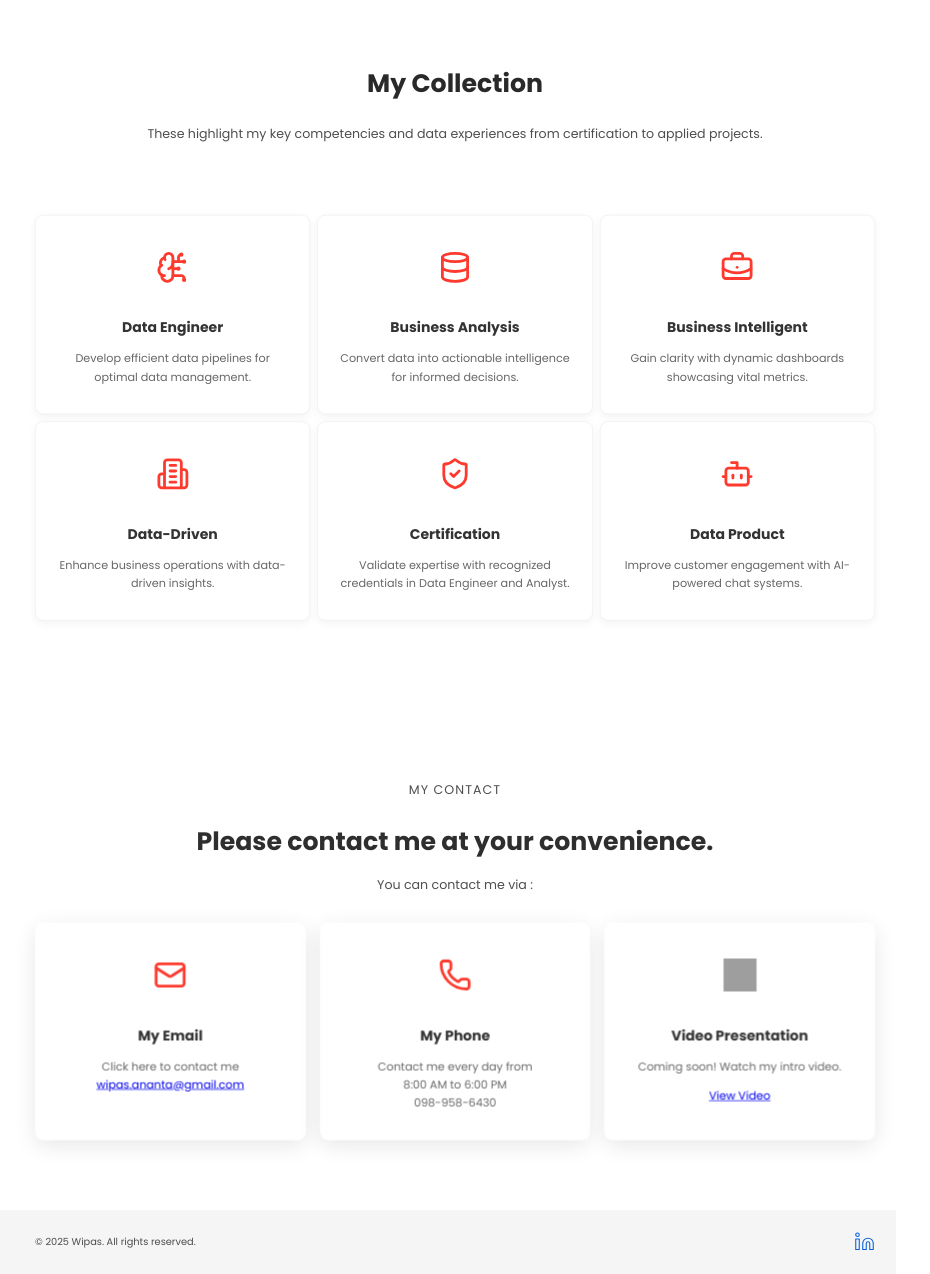
Repository: Wipas1919/Archive-portfolio
Page: index.html
The author's editor kept a copy of each file at every save. The page is drawn from the files as they stood at one save, then again after a run of saves.
The browser window is 1280 px wide. The page is 1328 px wide, so the pictures cover 1328 px, including what lies to the right of the window. The pictures show the part of the page from y = 1587 to 3427 px (the page is 3407 px tall before and 3427 px after), at 70% of full size.
Pictures or frames that could not be fetched are drawn as grey boxes.

Above is the page before, as saved 2025-05-26 21:24:56.

### index.html
<!-- Cleaned and updated on 2025-05-25 -->
<!DOCTYPE html>
<html lang="en">
 <head>
  <meta charset="utf-8"/>
  <meta content="width=device-width, initial-scale=1.0" name="viewport"/>
  <title>Wipas | Portfolio</title>

  <!-- SEO Meta Tags -->
  <meta name="description" content="Data-driven portfolio by Wipas Anantamongkol - showcasing skills in data engineering, analytics, and business intelligence.">
  <meta name="keywords" content="portfolio, data, analytics, business intelligence, data engineer, Wipas">
  <meta name="author" content="Wipas Anantamongkol">
  <meta name="robots" content="index, follow">
  <link rel="canonical" href="https://wipas1919.github.io/wipas-portfolio/">

  <!-- Fonts -->
  <link href="https://fonts.googleapis.com/css2?family=Poppins:wght@400;600;700&display=swap" rel="stylesheet"/>

  <!-- CSS -->
  <link href="style/main.css" rel="stylesheet"/>
  <link href="style/animations.css" rel="stylesheet"/>
  <link href="https://cdn.jsdelivr.net/npm/aos@2.3.4/dist/aos.css" rel="stylesheet"/>
  <link href="https://cdnjs.cloudflare.com/ajax/libs/animate.css/4.1.1/animate.min.css" rel="stylesheet"/>
  <link href="https://cdn.jsdelivr.net/npm/swiper@10/swiper-bundle.min.css" rel="stylesheet"/>

  <!-- Lottie -->
  <script src="https://unpkg.com/@lottiefiles/lottie-player@latest/dist/lottie-player.js"></script>

  <!-- Copy Protection Script -->
  <script>
    document.addEventListener("contextmenu", e => e.preventDefault());
    document.onkeydown = function(e) {
      if (e.key === "F12" ||
          (e.ctrlKey && e.shiftKey && (e.key === "I" || e.key === "J")) ||
          (e.ctrlKey && e.key === "U")) {
        return false;
      }
    };
    document.addEventListener("selectstart", e => e.preventDefault());
  </script>

  <!-- Google Analytics (replace G-XXXXXXX with actual ID) -->
<!-- Google tag (gtag.js) -->
  <script async src="https://www.googletagmanager.com/gtag/js?id=G-NG75M74LFD"></script>
  <script>
    window.dataLayer = window.dataLayer || [];
    function gtag(){dataLayer.push(arguments);}
    gtag('js', new Date());

    gtag('config', 'G-NG75M74LFD');
  </script>
  </head>
 <body>
  <!-- ... rest of body content remains unchanged ... -->
  <div id="page-loader">
   <div class="spinner">
   </div>
  </div>
  <!-- Navbar -->
  <!-- /* ───── HEADER SECTION ───── */ -->
  <header>
   <div class="container">
    <h1 class="logo">
     Portfolio
    </h1>
    <nav class="nav-right">
     <a href="#hero">
      Home
     </a>
     <a href="#about">
      About
     </a>
     <a href="#contact">
      Contact
     </a>
     <div class="dropdown-wrapper">
      <a class="dropbtn" href="#">
       Collection
      </a>
      <div class="dropdown-content">
       <a href="projects/data-engineer.html">
        Data Engineer
       </a>
       <a href="projects/business-analysis.html">
        Business Analysis
       </a>
       <a href="projects/bi-solutions.html">
        Business Intelligent
       </a>
       <a href="projects/strategic-data.html">
        Data-Driven
       </a>
       <a href="projects/cloud-cert.html">
        Certification
       </a>
       <a href="projects/data-integration.html">
        Data Product
       </a>
      </div>
     </div>
    </nav>
   </div>
  </header>
  <!-- Hero Section -->
  <section class="hero" id="hero">
   <div class="container hero-content">
    <div class="hero-text">
     <h2 class="rellax" data-rellax-speed="-2">
      THE SPACE FOR SHARING MY DATA PROJECTS
     </h2>
     <p class="rellax" data-rellax-speed="-1">
      Data Generalist | Portfolio Website
     </p>
     <a class="btn" href="#projects">
      View Highlights
     </a>
    </div>
    <div class="hero-animation">
     <lottie-player autoplay="" background="transparent" loop="" speed="1" src="animation_data.json" style="width: 500px; height: 500px;">
     </lottie-player>
    </div>
   </div>
  </section>
  <!-- About Section -->
  <section class="about" id="about">
   <div class="container about-grid">
    <div class="about-image" data-aos="fade-right">
     <img alt="Wipas Profile Photo" src="images/profile.jpg"/>
    </div>
    <div class="about-text" data-aos="fade-left" data-aos-delay="100">
     <h2>
      About Me
     </h2>
     <p>
      My name is Wipas Anantamongkol (Frong),
      <br/>
      a passionate person about data, insights, and creating meaningful solutions. This is a little story about my journey.
     </p>
     <div class="timeline">
      <div class="timeline-item" data-aos="fade-up" data-aos-delay="300">
       <div class="timeline-dot">
       </div>
       <div class="timeline-content">
        <h4>
         2025 - Present
        </h4>
        <p>
         Business Analytics Officer
         <br/>
         at N.C.C Management and Development (QSNCC)
        </p>
       </div>
      </div>
      <div class="timeline-item" data-aos="fade-up" data-aos-delay="400">
       <div class="timeline-dot">
       </div>
       <div class="timeline-content">
        <h4>
         2022 - 2024
        </h4>
        <p>
         Project Coordinator - Design Solutions.
         <br/>
         at stiid co. ltd
        </p>
       </div>
      </div>
      <div class="timeline-item" data-aos="fade-up" data-aos-delay="500">
       <div class="timeline-dot">
       </div>
       <div class="timeline-content">
        <h4>
         2018 - 2022
        </h4>
        <p>
         Graduated in Business Administration from
         <br/>
         King Mongkut University of Technology North Bangkok.
        </p>
       </div>
      </div>
     </div>
    </div>
   </div>
  </section>

  <!-- Projects Section -->
  <section class="projects" id="projects">
   <div class="container" data-aos="fade-up">
    <h2>My Collection</h2>
    <p class="section-description">
     These highlight my key competencies and data experiences from certification to applied projects.
    </p>

    <div class="card-grid card-grid--projects">
     <div class="card card--project" data-aos="zoom-in" data-aos-delay="100" onclick="location.href='projects/data-engineer.html'">
       <div class="card__icon">
         <img src="images/brain-circuit.svg" alt="Data Engineer Icon">
       </div>
       <h3>Data Engineer</h3>
       <p>Develop efficient data pipelines for optimal data management.</p>
     </div>
     <div class="card card--project" data-aos="zoom-in" data-aos-delay="200" onclick="location.href='projects/business-analysis.html'">
       <div class="card__icon">
         <img src="images/database.svg" alt="Business Analysis Icon">
       </div>
       <h3>Business Analysis</h3>
       <p>Convert data into actionable intelligence for informed decisions.</p>
     </div>
     <div class="card card--project" data-aos="zoom-in" data-aos-delay="300" onclick="location.href='projects/bi-solutions.html'">
       <div class="card__icon">
         <img src="images/layout-dashboard.svg" alt="Business Intelligent Icon">
       </div>
       <h3>Business Intelligent</h3>
       <p>Gain clarity with dynamic dashboards showcasing vital metrics.</p>
     </div>
     <div class="card card--project" data-aos="zoom-in" data-aos-delay="400" onclick="location.href='projects/strategic-data.html'">
       <div class="card__icon">
         <img src="images/building-2.svg" alt="Data-Driven Icon">
       </div>
       <h3>Data-Driven</h3>
       <p>Enhance business operations with data-driven insights.</p>
     </div>
     <div class="card card--project" data-aos="zoom-in" data-aos-delay="500" onclick="location.href='projects/cloud-cert.html'">
       <div class="card__icon">
         <img src="images/shield-check.svg" alt="Certification Icon">
       </div>
       <h3>Certification</h3>
       <p>Validate expertise with recognized credentials in Data Engineer and Analyst.</p>
     </div>
     <div class="card card--project" data-aos="zoom-in" data-aos-delay="600" onclick="location.href='projects/data-integration.html'">
       <div class="card__icon">
         <img src="images/bot.svg" alt="Data Product Icon">
       </div>
       <h3>Data Product</h3>
       <p>Improve customer engagement with AI-powered chat systems.</p>
     </div>
    </div>

   </div>
  </section>

  <!-- Contact Section -->
  <section class="contact" id="contact">
   <div class="container" data-aos="fade-up">
    <p class="section-subtitle">MY CONTACT</p>
    <h2 class="section-title">Please contact me at your convenience.</h2>
    <p class="section-description">You can contact me via :</p>

    <div class="card-grid card-grid--contact">
     <div class="card card--glass" data-aos="zoom-in" data-aos-delay="100">
       <div class="card__icon">
         <img src="images/mail.svg" alt="Email Icon">
       </div>
       <h3>My Email</h3>
       <p>
        Click here to contact me<br/>
        <a href="mailto:wipas.ananta@gmail.com">wipas.ananta@gmail.com</a>
       </p>
     </div>
     <div class="card card--glass" data-aos="zoom-in" data-aos-delay="200">
       <div class="card__icon">
         <img src="images/phone.svg" alt="Phone Icon">
       </div>
       <h3>My Phone</h3>
       <p>
        Contact me every day from<br/>
        8:00 AM to 6:00 PM<br/>
        098-958-6430
       </p>
     </div>
     <div class="card card--glass" data-aos="zoom-in" data-aos-delay="300">
       <div class="card__icon">
         <img src="images/video.svg" alt="Video Icon">
       </div>
       <h3>Video Presentation</h3>
       <p>Coming soon! Watch my intro video.</p>
       <p><a href="#" target="_blank">View Video</a></p>
     </div>
    </div>

   </div>
  </section>

  <!-- Footer -->
  <!-- /* ───── FOOTER SECTION ───── */ -->
  <footer>
   <div class="container footer-container">
    <p>
     © 2025 Wipas. All rights reserved.
    </p>
    <div class="social-links">
     <a href="https://www.linkedin.com/" target="_blank">
      <img alt="LinkedIn" src="images/linkedin.svg"/>
     </a>
    </div>
   </div>
  </footer>
  <!-- Scripts -->
  <script src="https://unpkg.com/aos@next/dist/aos.js">
  </script>
  <script>
   AOS.init({
      duration: 1000,
      once: true,
      easing: 'ease-in-out',
    });
  </script>
  <script defer="" src="scripts/main.js">
  </script>
 </body>
</html>

### style/main.css
/* ตั้งค่าพื้นฐาน */
body {
  margin: 0;
  font-family: 'Poppins', sans-serif;
  background: #fff;
  color: #222;
  line-height: 1.6;
  scroll-behavior: smooth;
  user-select: none;
  -webkit-user-select: none;
  -ms-user-select: none;
}

img {
  max-width: 100%;
  height: auto;
  display: block;
}

.container {
  width: 100%;
  max-width: 1200px;
  margin: 0 auto;
  padding: 0 50px; /* เพิ่ม padding ด้านข้าง */
}

@media screen and (max-width: 767px) {
  .container { padding: 0 16px; }
  .hero h2 { font-size: 36px; }
  .hero p { font-size: 18px; }
  .card-grid { grid-template-columns: 1fr; }
  nav a { font-size: 14px; }
  .hero-content { flex-direction: column; }
  .about-image img { width: 100%; }
}

@media screen and (min-width: 768px) and (max-width: 1024px) {
  .hero h2 { font-size: 48px; }
  .card-grid { grid-template-columns: repeat(2, 1fr); }
}

@media screen and (max-width: 480px) {
  h2, .section-title { font-size: 28px; }
  .hero h2 { font-size: 28px; }
  .hero p, .section-description, .about-text p, .card p { font-size: 16px; }
  .btn { padding: 10px 20px; font-size: 16px; }
}

/* Navbar */
header {
  background: #fff;
  padding: 5px 0;
  display: flex;
  justify-content: space-between;
  align-items: center;
  border-bottom: 0px solid #eee;
  position: sticky;
  top: 0;
  z-index: 100;
}

header .container {
  display: flex;
  align-items: center;
  justify-content: space-between;
}

.logo {
  font-family: 'Poppins', serif;
  font-size: 30px;
  color: #fc5246;
}

nav a {
  margin: 0 15px;
  color: #333;
  text-decoration: none;
  font-weight: 600;
  font-size: 18px;
}

nav a:hover {
  color: #fd3a2d;
}

/* ปุ่มหลักของเมนู dropdown */
.dropdown-wrapper {
  position: relative;
  display: inline-block;
}

.dropbtn {
  font-weight: 600;
  cursor: pointer;
  color: #222;
  transition: color 0.3s ease;
}

.dropbtn:hover {
  color: #fd3a2d;
}

/* เมนูที่แสดงเมื่อ hover */
.dropdown-content {
  display: none;
  position: absolute;
  top: 100%;
  right: 0;
  background-color: #ffffff;
  min-width: 220px;
  border-radius: 12px;
  box-shadow: 0 10px 25px rgba(0, 0, 0, 0.08);
  overflow: hidden;
  padding: 10px 0;
  z-index: 999;
}

/* แสดงเมื่อ hover */
.dropdown-wrapper:hover .dropdown-content {
  display: block;
}

/* ลิงก์ใน dropdown */
.dropdown-content a {
  display: block;
  padding: 12px 20px;
  color: #222;
  text-decoration: none;
  font-size: 15px;
  transition: background-color 0.2s ease, color 0.2s ease;
}

/* Hover effect ของลิงก์ */
.dropdown-content a:hover {
  background-color: #eaeaea;
  color: #fd3a2d;
}

.hero-animation {
  margin-top: 10px;
  display: flex;
  justify-content: right;
}

/* Hero Section */
.hero {
  position: relative;
  height: 60vh;
  display: flex;
  align-items: center;
  justify-content: center;
  flex-direction: column;
  text-align: center;
  background: #eaeaea;
  color: #000000;
}

#hero-background {
  position: absolute;
  top: 0;
  left: 0;
  width: 100%;
  height: 100%;
  z-index: 0;
}

.hero-content {
  position: relative;
  z-index: 1;
  width: 100%;
  max-width: 1200px;
  padding-left: 5vw;
  padding-right: 5vw;
  text-align: left;
  align-items: flex-start;
}

.hero h2 {
  font-size: 60px;
  margin-bottom: 10px;
  line-height: 1.2;
}

.hero p {
  font-size: 30px;
  margin-bottom: 30px;
  color: #1d1d1d;
}

.btn, .hero .btn {
  display: inline-block;
  background: #fd3a2d;
  color: #fff;
  padding: 14px 36px;
  border-radius: 30px;
  text-decoration: none;
  font-weight: bold;
  font-size: 18px;
  transition: background 0.3s;
}

.btn:hover, .hero .btn:hover {
  background: #252525;
}

/* Sections */
section {
  padding: 100px 0;
  text-align: center;
}

/* About Section */
.about-grid {
  display: flex;
  align-items: center;
  justify-content: center;
  gap: 50px;
  flex-wrap: wrap;
}

.about-image img {
  width: 500px;
  height: auto;
  object-fit: cover;
  border-top-left-radius: 0;
  border-top-right-radius: 0;
  border-bottom-left-radius: 200px;
  border-bottom-right-radius: 200px;
}

.about-text {
  max-width: 500px;
  text-align: left;
}

.about-text h2 {
  margin-bottom: 20px;
}

.about-text p {
  font-size: 18px;
  color: #666;
}

/* Timeline */
.timeline-item {
  position: relative;
  margin-bottom: 30px;
}

.timeline-dot {
  width: 14px;
  height: 14px;
  background-color: #fd3a2d;
  border-radius: 50%;
  position: absolute;
  left: -8px;
  top: 0;
}

.timeline-content {
  margin-left: 20px;
}

.timeline-content h4 {
  margin: 0;
  font-size: 18px;
  color: #333;
  font-weight: 600;
}

.timeline-content p {
  margin: 5px 0 0;
  font-size: 16px;
  color: #666;
}

/* Projects Section */
#projects {
  margin-bottom: 10px;
}

.card-grid {
  display: grid;
  grid-template-columns: repeat(3, 1fr); /* สำคัญ: 3 คอลัมน์ */
  gap: 10px;
  margin-top: 100px;
}


.card {
  background: #ffffff;
  padding: 30px;
  border-radius: 12px;
  text-align: center;
  transition: box-shadow 0.3s;
  border: 1px solid #eee;
}

.card:hover {
  box-shadow: 0 8px 20px rgba(0, 0, 0, 0.1);
}

.card-icon img {
  width: 40px;
  height: 40px;
  margin-bottom: 20px;
}

.card h3 {
  font-size: 20px;
  margin-bottom: 15px;
  color: #333;
}

.card p {
  font-size: 16px;
  color: #666;
}

/* Contact Section */
.contact {
  background: rgba(255, 255, 255, 0.5); /* 1 = โปร่งแสง 50% */
  text-align: center;
}

.section-subtitle {
  text-transform: uppercase;
  font-size: 18px;
  letter-spacing: 1.5px;
  color: #4e4e4e;
  margin-bottom: 10px;
}

h2 {
  font-size: 36px;
  color: #292929
}


.section-title {
  font-size: 36px;
  margin-bottom: 10px;
  color: #2e2e2e;
}

.section-description {
  font-size: 18px;
  margin-bottom: 40px;
  color: #4e4e4e;
}

.contact-grid {
  display: grid;
  grid-template-columns: repeat(auto-fit, minmax(280px, 1fr));
  gap: 20px;
  margin-top: 40px;
}

.contact-card.glass {
  background: rgba(255, 255, 255, 0.15);
  backdrop-filter: blur(12px);
  -webkit-backdrop-filter: blur(12px);
  border-radius: 20px;
  padding: 24px;
  border: 1px solid rgba(255, 255, 255, 0.3);
  box-shadow: 0 8px 32px rgba(0, 0, 0, 0.1);
  transition: transform 0.3s ease, box-shadow 0.3s ease;
  text-align: center;
}

.contact-card.glass:hover {
  transform: scale(1.05);
  box-shadow: 0 12px 28px rgba(0, 0, 0, 0.15);
}

.contact-icon {
  display: flex;
  flex-direction: column;
  align-items: center;
  justify-content: center; /* 🔥 เพิ่มบรรทัดนี้เพื่อจัดไอคอนแนวดิ่ง */
  height: 100px; /* ✅ ปรับความสูงให้เหมาะสม */
  margin-bottom: 12px;
}


.contact-icon img {
  width: 48px;
  height: 48px;
  margin-bottom: 12px;
  transition: transform 0.3s ease;
}

.contact-card.glass:hover .contact-icon img {
  transform: scale(1.15);
}

/* Footer */
footer {
  background: #f5f5f5;
  padding: 20px 0;
  font-size: 14px;
  color: #4d4d4d;
}

.footer-container {
  display: flex;
  justify-content: space-between;
  align-items: center;
  flex-wrap: wrap;
}

.social-links {
  display: flex;
  gap: 20px;
}

.social-links a img {
  width: 30px;
  height: 30px;
  transition: transform 0.3s ease;
}

.social-links a img:hover {
  transform: scale(1.2);
}

#hero-background {
  position: absolute;
  top: 0;
  left: 0;
  height: 100%;
  width: 100%;
  z-index: 0;
  overflow: hidden;
}
.hero-content {
  position: relative;
  z-index: 1;
}

/* animation-data */
.hero-content {
  display: flex;
  justify-content: space-between;
  align-items: center;
  flex-wrap: wrap;
  gap: 40px;
}

.hero-text {
  flex: 1 1 55%;
}

.hero-animation {
  flex: 1 1 40%;
  display: flex;
  justify-content: center;
  align-items: center;
}

/* ===== Page Loader & Smooth Scroll ===== */
html{scroll-behavior:smooth;}

#page-loader{
  position:fixed;inset:0;display:grid;place-items:center;
  background:#ffffff;z-index:9999;opacity:1;
  transition:opacity .0.5s ease;
}
#page-loader .spinner{
  width:32px;height:32px;border:4px solid #e5e5e5;
  border-top-color:#ff694b;border-radius:50%;
  animation:spin .8s linear infinite;
}
@keyframes spin{to{transform:rotate(360deg)}}

body.loaded #page-loader{opacity:0;pointer-events:none;}
body.fade-out{opacity:0;transition:opacity .0.5s ease;}

@keyframes hideLoaderFallback{to{opacity:0;pointer-events:none;}}
#page-loader{animation:hideLoaderFallback 0.5s forwards 0.5s;}



/* ====  Reusable Card Component  ================================== */
.card {
  background: #ffffff;
  border: 1px solid #eee;
  border-radius: 12px;
  padding: 24px;
  text-align: center;
  box-shadow: 0 4px 12px rgba(0,0,0,.05);
  transition: transform .3s ease, box-shadow .3s ease;
}
.card:hover {
  transform: translateY(-6px);
  box-shadow: 0 12px 25px rgba(0,0,0,.1);
}

.card__icon{
  display:flex;
  flex-direction:column;
  align-items:center;
  justify-content:center;
  height:100px;
  margin-bottom:12px;
}
.card__icon img{
  width:48px;
  height:48px;
  transition: transform .3s ease;
}
.card:hover .card__icon img{
  transform:scale(1.15);
}

/* Variant – project card (clickable) */
.card--project{cursor:pointer;}

/* Variant – glassmorphism contact card */
.card--glass{
  background: rgba(255,255,255,.15);
  backdrop-filter: blur(12px);
  -webkit-backdrop-filter: blur(12px);
  border: 1px solid rgba(255,255,255,.3);
  box-shadow: 0 8px 32px rgba(0,0,0,.1);
}

/* Grids */

.card-grid--contact{
  display:grid;
  grid-template-columns: repeat(auto-fit,minmax(280px,1fr));
  gap:20px;
  margin-top:40px;
}

/* Remove legacy duplicate styles */
.contact-card, .contact-card.glass, .glass-card{
}/* project */

.project-blog {
  max-width: 800px;
  margin: 80px auto;
  padding: 0 20px;
  font-family: 'Inter', sans-serif;
}

.project-blog h1 {
  font-size: 36px;
  font-weight: 700;
  margin-bottom: 20px;
  text-align: center;
  color: #222;
}

.project-blog .tag {
  display: inline-block;
  background: #f0f0f0;
  color: #333;
  padding: 6px 12px;
  margin: 0 8px 20px 0;
  border-radius: 20px;
  font-size: 14px;
}

.project-blog p {
  font-size: 18px;
  color: #444;
  line-height: 1.7;
  margin-bottom: 24px;
}

.project-blog img {
  width: 100%;
  border-radius: 10px;
  margin: 30px 0;
  box-shadow: 0 8px 30px rgba(0,0,0,0.08);
}

/* button */
.back-float-btn {
  position: fixed;
  bottom: 30px;
  left: 50%;
  transform: translateX(-50%);
  background-color: #fc5246;
  color: white;
  padding: 10px 24px;
  font-size: 14px;
  border-radius: 30px;
  box-shadow: 0 4px 16px rgba(0, 0, 0, 0.1);
  cursor: pointer;
  z-index: 9999;
  text-align: center;
  font-family: 'Inter', sans-serif;
  transition: background 0.3s ease;
  width: auto;       /* ปรับให้ขนาดพอดีกับเนื้อหา */
  max-width: 200px;  /* จำกัดไม่ให้ปุ่มกว้างเกินไป */
}

.back-float-btn:hover {
  background-color: #e6483c;
}

@media (max-width: 768px) {
  .back-float-btn {
    padding: 9px 18px;
    font-size: 13px;
    bottom: 20px;
  }
/* ===== FINAL OVERRIDE ===== */
.contact-card a {
  color: inherit !important;
  text-decoration: none !important;
}

.contact-card a:visited {
  color: inherit !important;
  text-decoration: none !important;
}

.contact-card a:hover,
.contact-card a:focus,
.contact-card a:active {
  color: inherit !important;
  text-decoration: none !important;
}

/* ===== Card grid (Projects) enforce 3-column on desktop ===== */
@media (min-width: 1024px){
  .card-grid--projects{
    grid-template-columns: repeat(3, 1fr);
  }
}
/* 2 columns on tablets */
@media (min-width: 640px) and (max-width: 1023px){
  .card-grid--projects{
    grid-template-columns: repeat(2, 1fr);
  }
}
/* 1 column on small screens (default) */
}

/* ===== DESKTOP-ONLY MODE (CSS BLOCK) =====
   Hide entire site below 1024px width and show full-screen notice
--------------------------------------------------------------- */
@media (hover: none) and (pointer: coarse){
  /* Hide all real content */
  body > * { display: none !important; }

  /* Full-screen notice */
  body::before{
    content: "This site is designed for desktop browsers only.\A Please visit on a larger screen.";
    white-space: pre-line;
    position: fixed;
    inset: 0;
    background: #ffffff;
    color: #000000;
    padding: 40px 24px;
    display: flex;
    align-items: center;
    justify-content: center;
    font-family: "Poppins", sans-serif;
    font-size: 18px;
    line-height: 1.4;
    text-align: center;
    z-index: 99999;
  }

  /* Prevent horizontal scroll */
  html, body{ overflow: hidden; }
}

Loaded but not shown: animation_data.json (1 lines, source omitted); scripts/main.js (34 lines, source omitted); style/animations.css (no stored copy; drawn as an empty file)

After the next 2 saves:
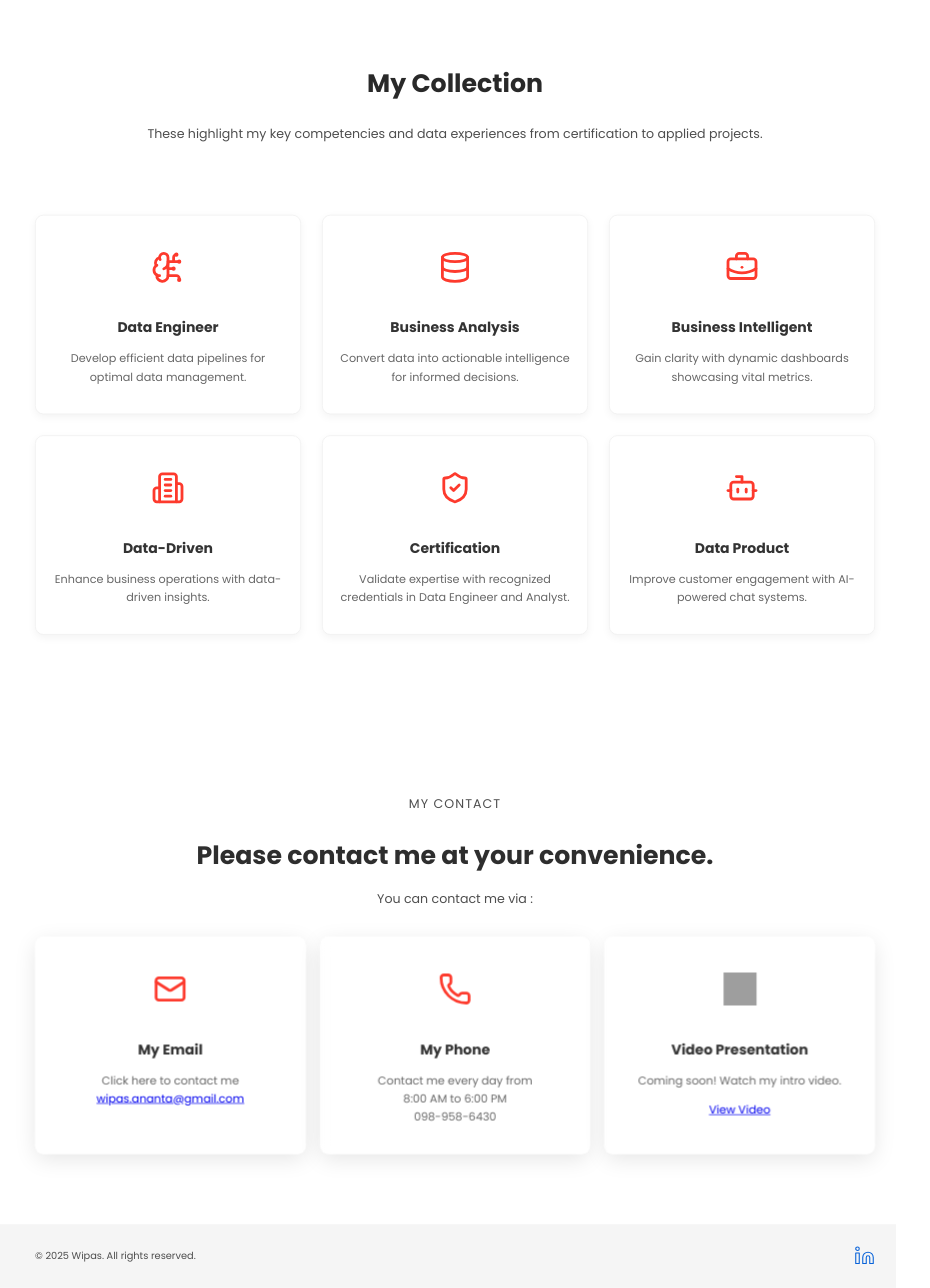
The 2 saves are shown as one change because they came seconds apart.
The last was saved 7 s later.
--- a/style/main.css
+++ b/style/main.css
@@ -283,7 +283,7 @@ section {
 .card-grid {
   display: grid;
   grid-template-columns: repeat(3, 1fr); /* สำคัญ: 3 คอลัมน์ */
-  gap: 10px;
+  gap: 30px;
   margin-top: 100px;
 }
 
